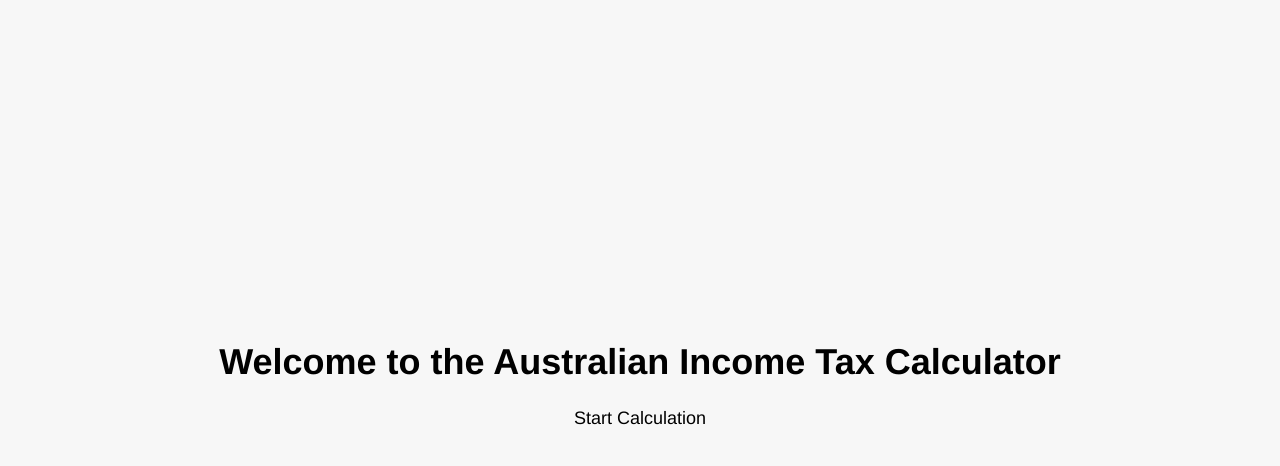
Repository: Tracy-maker/tax_calculator
Page: /
The author's editor kept a copy of each file at every save. The page is drawn from the files as they stood at one save, then again after the next save.
The browser window is 1280 px wide. The pictures show the whole page.
The project was rebuilt for these pictures with package versions that can differ from the ones it lists, and the page was loaded fresh each time. Also part of the build but not shown: vite.config.js.

Above is the page before, as saved 2024-06-26 13:42:10.

### index.html
<!doctype html>
<html lang="en">
  <head>
    <meta charset="UTF-8" />
    <link rel="icon" href="src/assets/logo.svg" />
    <meta name="viewport" content="width=device-width, initial-scale=1.0" />
    <title>Tax Calculator</title>
  </head>
  <body>
    <div id="app"></div>
    <script type="module" src="/src/main.js"></script>
  </body>
</html>

### src/assets/main.css
@import url('https://fonts.googleapis.com/css?family=Lato&display=swap');

:root {
  --box-shadow: 0 1px 3px rgba(0, 0, 0, 0.12), 0 1px 2px rgba(0, 0, 0, 0.24);
}

* {
  box-sizing: border-box;
}

body {
  background-color: #f7f7f7;
  display: flex;
  flex-direction: column;
  align-items: center;
  justify-content: center;
  min-height: 100vh;
  margin: 0;
  font-family: 'Lato', sans-serif;
  font-size: 18px;
}

body {
  font-family: Avenir, Helvetica, Arial, sans-serif;
  margin: 0;
  padding: 0;
  box-sizing: border-box;
}

header {
  background-color: #42b983;
  padding: 10px;
  color: white;
}

nav {
  display: flex;
  justify-content: center;
  gap: 15px;
}

nav a {
  color: white;
  text-decoration: none;
}

nav a.router-link-exact-active {
  font-weight: bold;
}

main {
  padding: 20px;
}

footer {
  margin-top: 50px;
  padding: 10px;
  background-color: #42b983;
  color: white;
}

.home {
  text-align: center;
  margin-top: 50px;
}

.calculator {
  max-width: 600px;
  margin: 0 auto;
  padding: 20px;
}

.results {
  text-align: center;
  margin-top: 50px;
}

.modal {
  position: fixed;
  top: 0;
  left: 0;
  width: 100%;
  height: 100%;
  background-color: rgba(0, 0, 0, 0.5);
  display: flex;
  justify-content: center;
  align-items: center;
}

.modal-content {
  background-color: white;
  padding: 20px;
  border-radius: 5px;
  text-align: center;
}

.close {
  position: absolute;
  top: 10px;
  right: 10px;
  cursor: pointer;
}

.share-buttons {
  display: flex;
  flex-direction: column;
  gap: 10px;
}

### src/App.vue
<template>
  <div class="home">
    <h1>Welcome to the Australian Income Tax Calculator</h1>
    <router-link to="/calculator">Start Calculation</router-link>
  </div>
</template>

<script lang="ts">
import { defineComponent } from 'vue'

export default defineComponent({
  name: 'HomePage'
})
</script>

Loaded but not shown: src/main.js (common file)

After the next save:
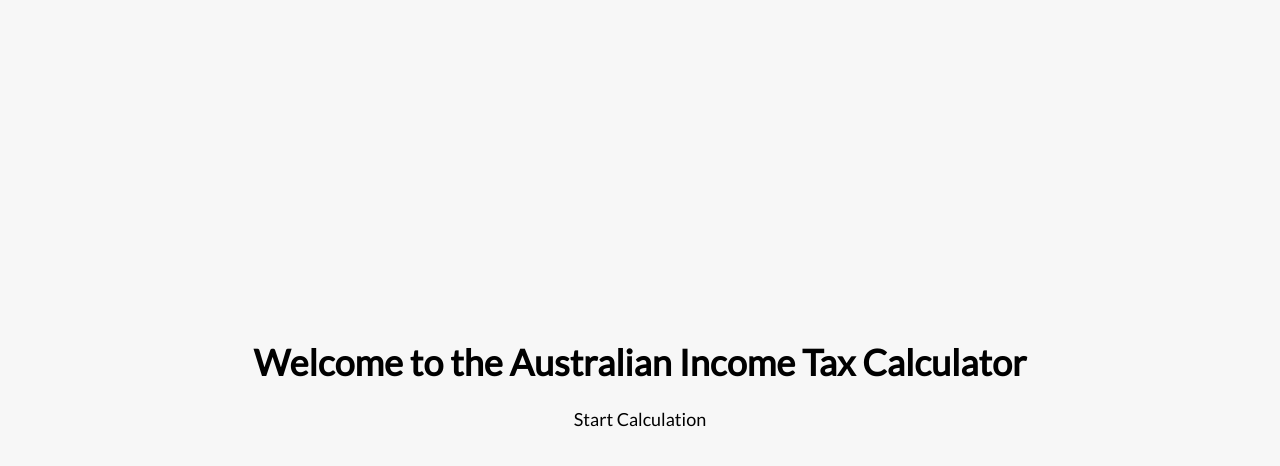
Saved 17 s later.
--- a/src/assets/main.css
+++ b/src/assets/main.css
@@ -21,7 +21,7 @@ body {
 }
 
 body {
-  font-family: Avenir, Helvetica, Arial, sans-serif;
+  font-family: 'Lato', sans-serif;
   margin: 0;
   padding: 0;
   box-sizing: border-box;
